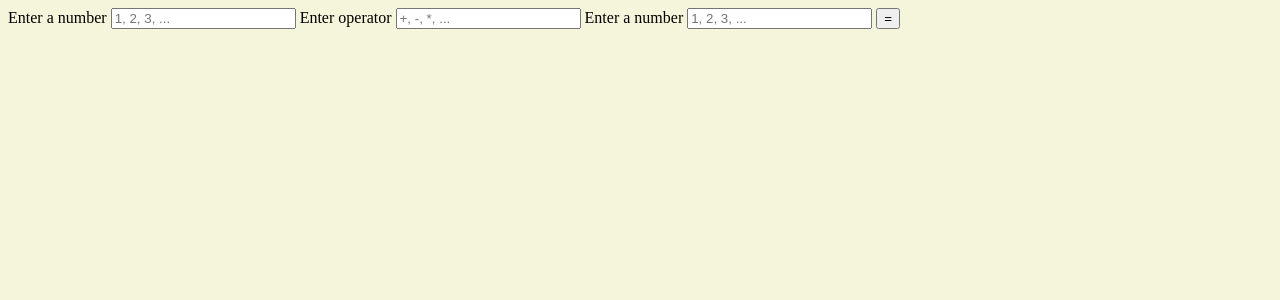
Repository: WesleyErasmus/threeInputCalculator
Page: html/if-calculator.html
These files come from the project's save history. The page is drawn as it stood at one moment and after the next save; the edit follows.
The browser window is 1280 px wide. The pictures show the whole page.

Above is the page before, as saved 2022-04-27 21:37:51.
Console error: TypeError: Cannot read properties of null (reading 'value')

### html/if-calculator.html
<!DOCTYPE html>
<html lang="en">
<head>
    <meta charset="UTF-8">
    <meta http-equiv="X-UA-Compatible" content="IE=edge">
    <meta name="viewport" content="width=device-width, initial-scale=1.0">
    <title>JS If Calculator</title>
    <link rel="stylesheet" href="/css/stylesheet.css">
    <script src="/js/if-calculator.js"></script>

</head>
<body>

    <form onsubmit="return false;">
        <label for="input1">Enter a number</label>
         <input id="input1" type="text" name = "input1" placeholder="1, 2, 3, ..."> <!-- input-1 -->
         <label for="input3">Enter operator</label>
         <input id="input3" type="text" name = "input3" placeholder="+, -, *, ..."> <!-- input-3 (operator) -->
         <label for="input2">Enter a number </label>
         <input id="input2" type="text" name = "input2" placeholder="1, 2, 3, ..."> <!-- input-2 -->
         <button onclick="sum()">=</button>
         <p id="output"></p>
    </form>

</body>
</html>

### js/if-calculator.js
const num1 = document.getElementById("input1").value;
const num2 = document.getElementById("input2").value;
const operator = document.getElementById("input3").value;
// const output = document.getElementById("output").value;

function sum() {
  let answer;

  document.getElementById("output").value;

  if (operator == "+") {
    answer = num1 + num2;
  } else if (operator == "-") {
    answer = num1 - num2;
  } else if (operator == "*") {
    answer = num1 * num2;
  } else {
    answer = num1 / num2;
  }console.log(answer);
}

// const operator = prompt('Enter operator ( either +, -, * or / ): ');

// const number1 = parseFloat(prompt('Enter first number: '));
// const number2 = parseFloat(prompt('Enter second number: '));

// let result;

// if (operator == '+') {
//     result = number1 + number2;
// }
// else if (operator == '-') {
//     result = number1 - number2;
// }
// else if (operator == '*') {
//     result = number1 * number2;
// }
// else {
//     result = number1 / number2;
// }

// console.log(`${number1} ${operator} ${number2} = ${result}`);

Loaded but not shown: css/stylesheet.css (common file)

After the next save:
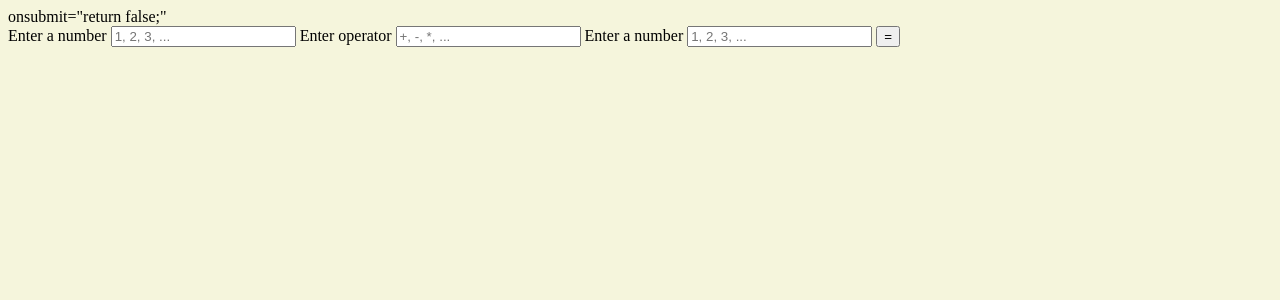
Saved 38 s later.
--- a/html/if-calculator.html
+++ b/html/if-calculator.html
@@ -11,7 +11,8 @@
 </head>
 <body>
 
-    <form onsubmit="return false;">
+    onsubmit="return false;"
+    <form >
         <label for="input1">Enter a number</label>
          <input id="input1" type="text" name = "input1" placeholder="1, 2, 3, ..."> <!-- input-1 -->
          <label for="input3">Enter operator</label>

After the save that followed:
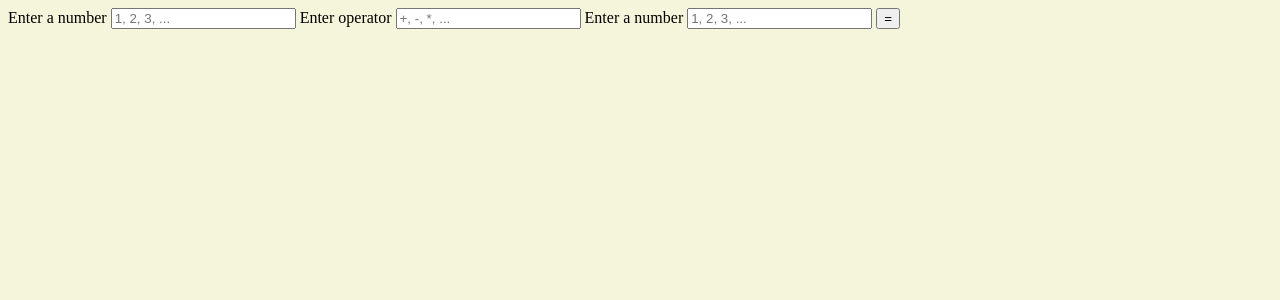
Saved 21 s later.
--- a/html/if-calculator.html
+++ b/html/if-calculator.html
@@ -11,8 +11,7 @@
 </head>
 <body>
 
-    onsubmit="return false;"
-    <form >
+    <form onsubmit="return false;">
         <label for="input1">Enter a number</label>
          <input id="input1" type="text" name = "input1" placeholder="1, 2, 3, ..."> <!-- input-1 -->
          <label for="input3">Enter operator</label>
